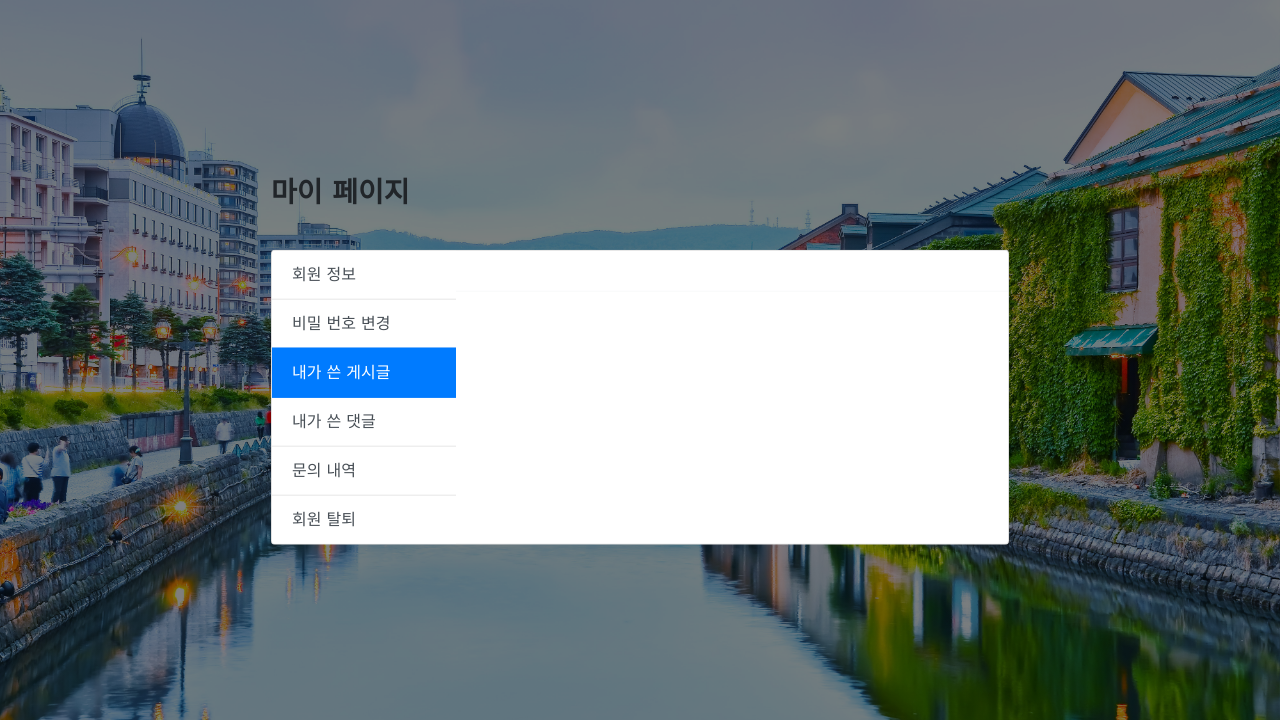
Repository: ExiNni/Travel-Project
Page: http://localhost/project_login/myPage/user-post.jsp
These files come from the project's save history. The page is drawn as it stood at one moment and after the next save; the edit follows.
The browser window is 1280 px wide. The pictures show the whole page.
The page is served by Tomcat 9.

Above is the page before, as saved 2023-11-08 07:01:34.

After the next save:
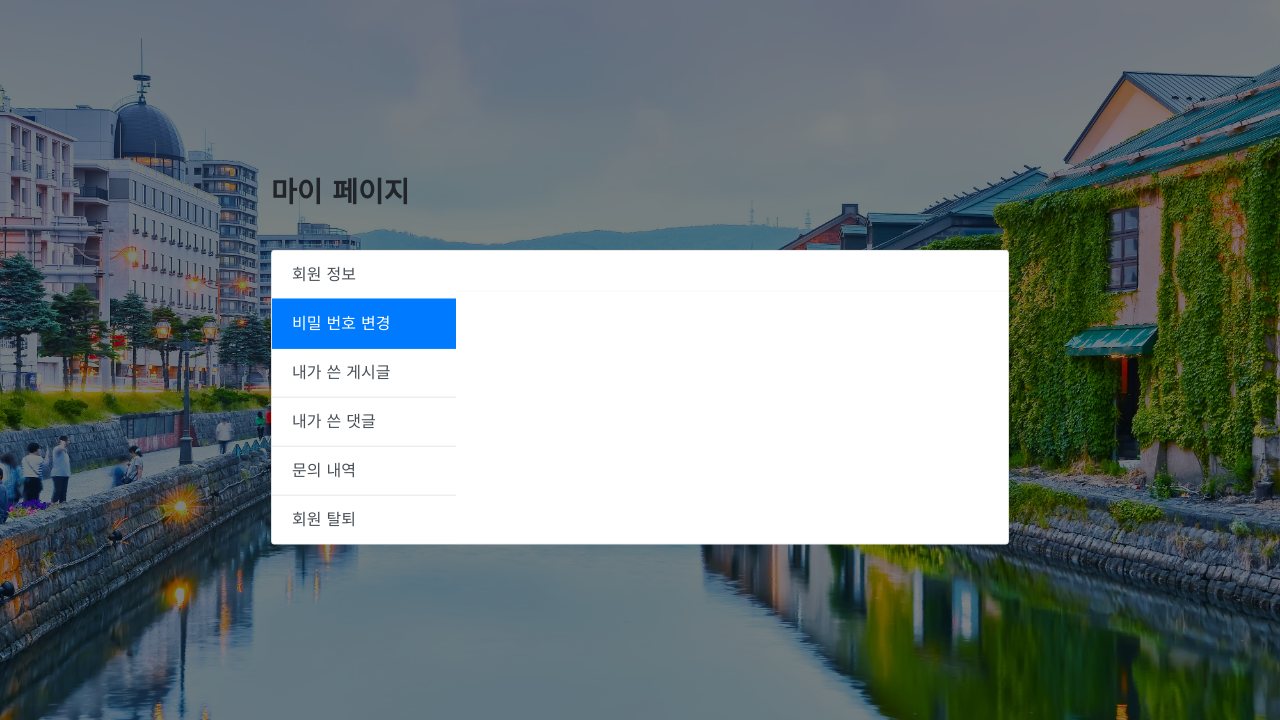
Saved 6 s later.
--- a/project_login/src/main/webapp/myPage/user-post.jsp
+++ b/project_login/src/main/webapp/myPage/user-post.jsp
@@ -25,18 +25,18 @@
                     <div class="row no-gutters row-bordered row-border-light">
                         <div class="col-md-3 pt-0">
                             <div class="list-group list-group-flush account-settings-links">
-                                <a class="list-group-item list-group-item-action" data-toggle="list" href="./user-info.html">회원
+                                <a class="list-group-item list-group-item-action" data-toggle="list" href="user-info.jsp">회원
                                     정보</a>
-                                <a class="list-group-item list-group-item-action" data-toggle="list" href="./user-password.html">비밀 번호
+                                <a class="list-group-item list-group-item-action active" data-toggle="list" href="user_password.jsp">비밀 번호
                                     변경</a>
-                                <a class="list-group-item list-group-item-action active" data-toggle="list"
-                                    href="./user-post.html">내가 쓴 게시글</a>
+                                <a class="list-group-item list-group-item-action" data-toggle="list"
+                                    href="user-post.jsp">내가 쓴 게시글</a>
 
 
-                                <a class="list-group-item list-group-item-action" data-toggle="list" href="./user-comment.html">내가 쓴
+                                <a class="list-group-item list-group-item-action" data-toggle="list" href="user-comment.jsp">내가 쓴
                                     댓글</a>
-                                <a class="list-group-item list-group-item-action" data-toggle="list" href="./user-inquiry-password.html">문의 내역</a>
-                                <a class="list-group-item list-group-item-action" data-toggle="list" href="./user-delete.html">회원 탈퇴</a>
+                                <a class="list-group-item list-group-item-action" data-toggle="list" href="user-inquiry-password.jsp">문의 내역</a>
+                                <a class="list-group-item list-group-item-action" data-toggle="list" href="user-delete.jsp">회원 탈퇴</a>
                             </div>
                         </div>
                         <div class="col-md-9">
